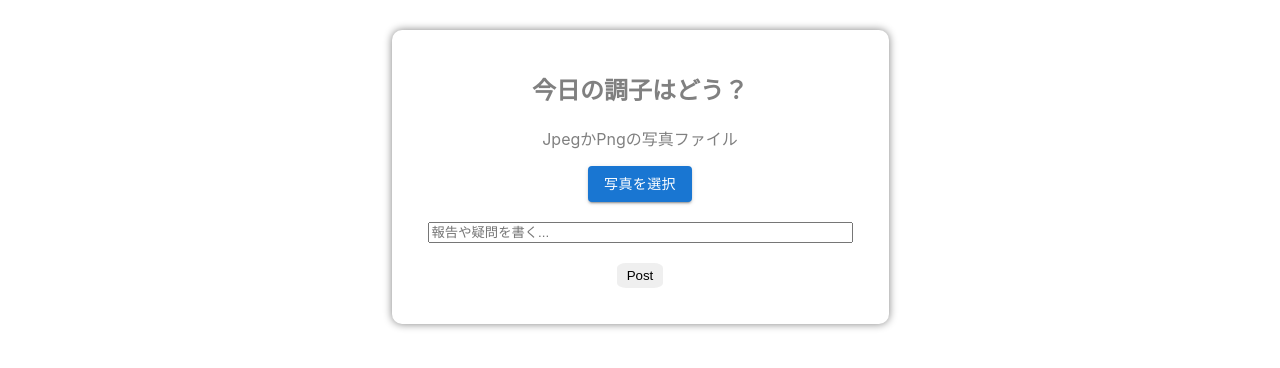
Repository: Seiya00002/seeds_surfers_react_sns
Page: /
These files come from the project's save history. The page is drawn as it stood at one moment and after the next save; the edit follows.
The browser window is 1280 px wide. The pictures show the whole page.
The page's requests for data from a server got no answer. The project was rebuilt for these pictures with package versions that can differ from the ones it lists, and the page was loaded fresh each time. No one was signed in, and anything a server would have sent is missing. Also part of the build but not shown: src/Post.css, src/Post.tsx.

Above is the page before, as saved 2023-08-03 07:55:04.

After the next save:
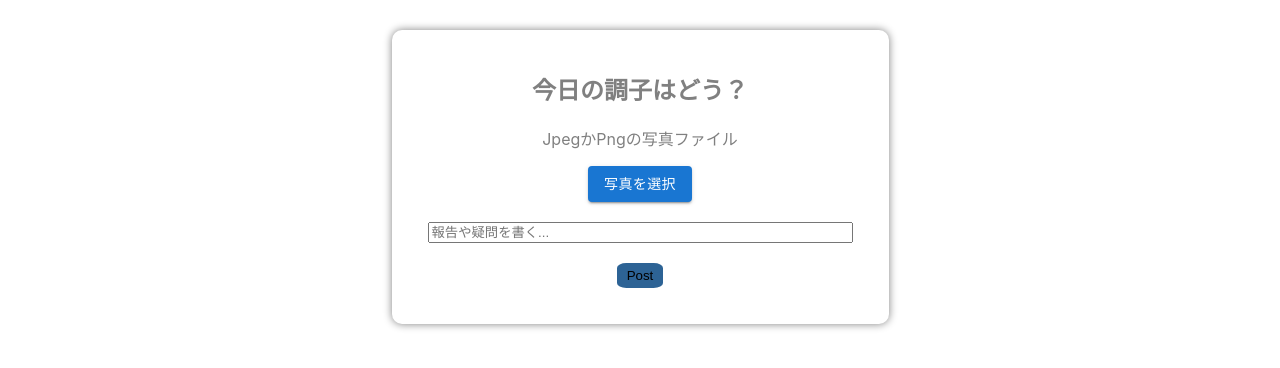
Saved 15 s later.
--- a/src/PostUploader.css
+++ b/src/PostUploader.css
@@ -44,5 +44,6 @@
   .textUploadInput {
     border-radius: 20%;
     border: none;
+    background-color: #2d6395;
     padding: 5px 10px;
   }
